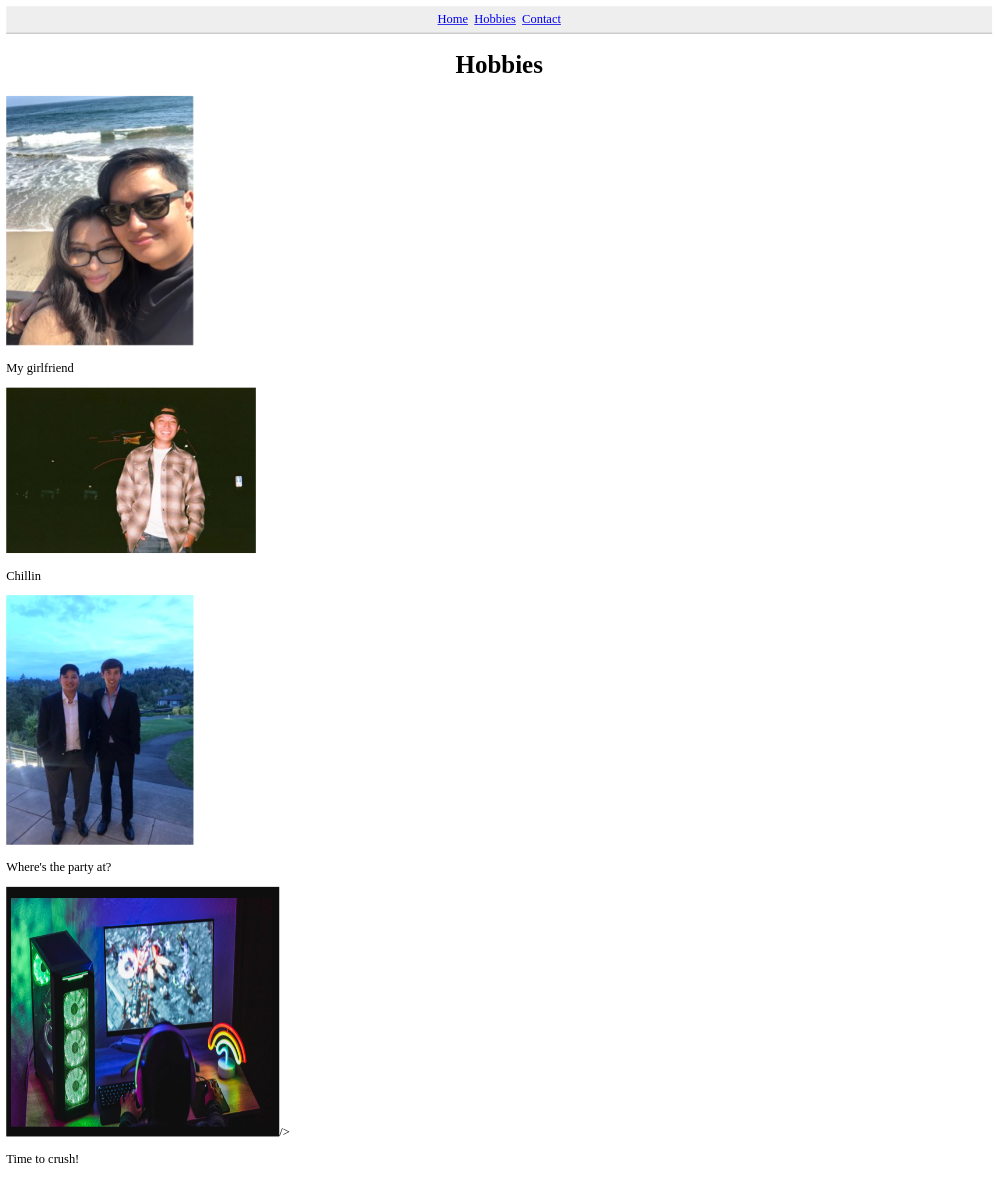
Repository: sebas6292/Jeff-Midterm
Page: hobby.html
An editor plug-in stored every save of this project. The page is shown before and after the next save, followed by the edit.
The browser window is 1280 px wide. The pictures show the whole page, at 78% of full size.

Above is the page before, as saved 2023-04-30 22:53:24.

After the next save:
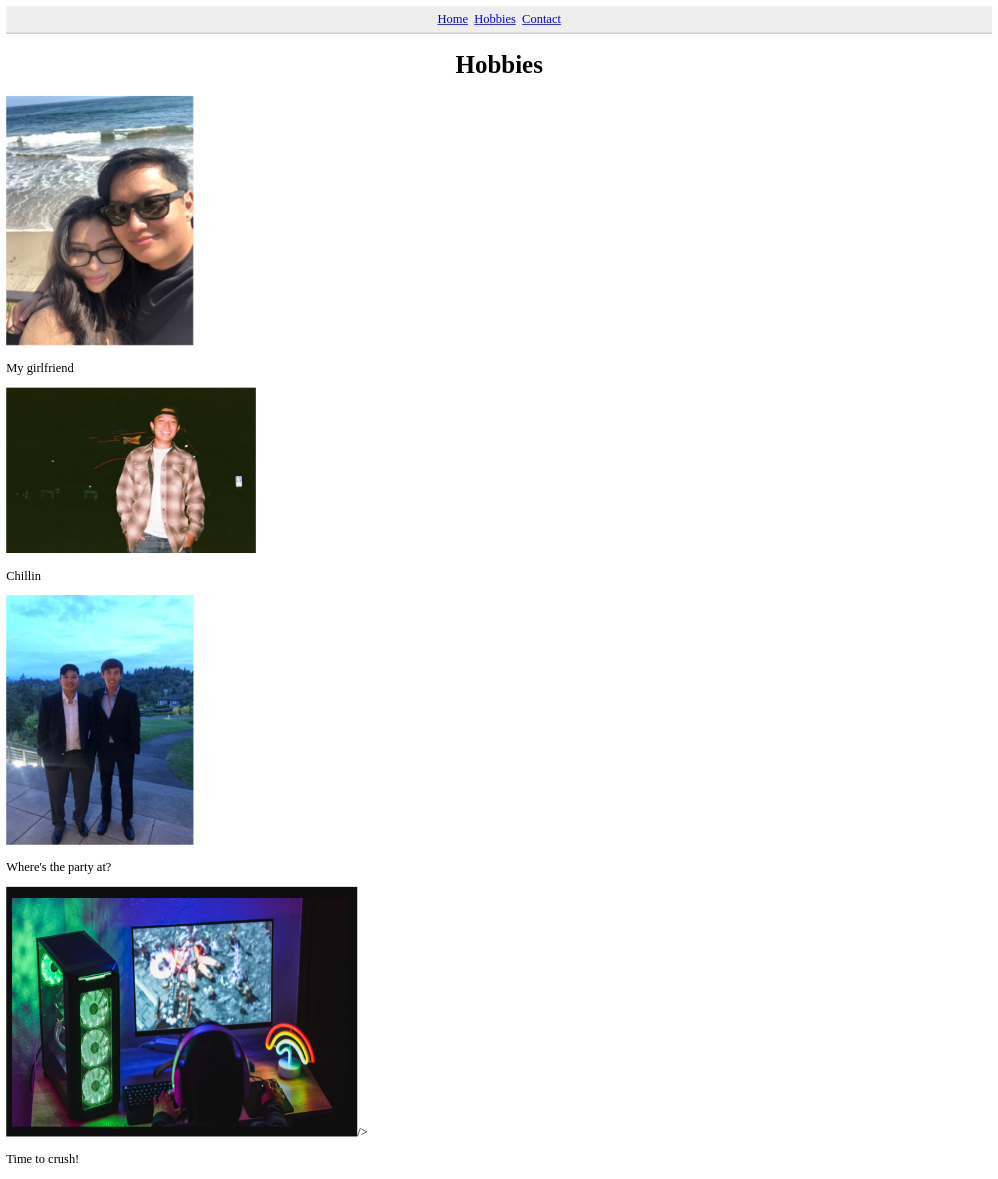
Saved 8 s later.
--- a/hobby.html
+++ b/hobby.html
@@ -29,7 +29,7 @@
             <p>Where's the party at?</p>
         </div>
         <div class="box-container">
-            <img src="pics/PC.png" style="width:350px;height:320px;"/>/>
+            <img src="pics/PC.png" style="width:450px;height:320px;"/>/>
             <p>Time to crush!</p>
         </div>
       </section>
